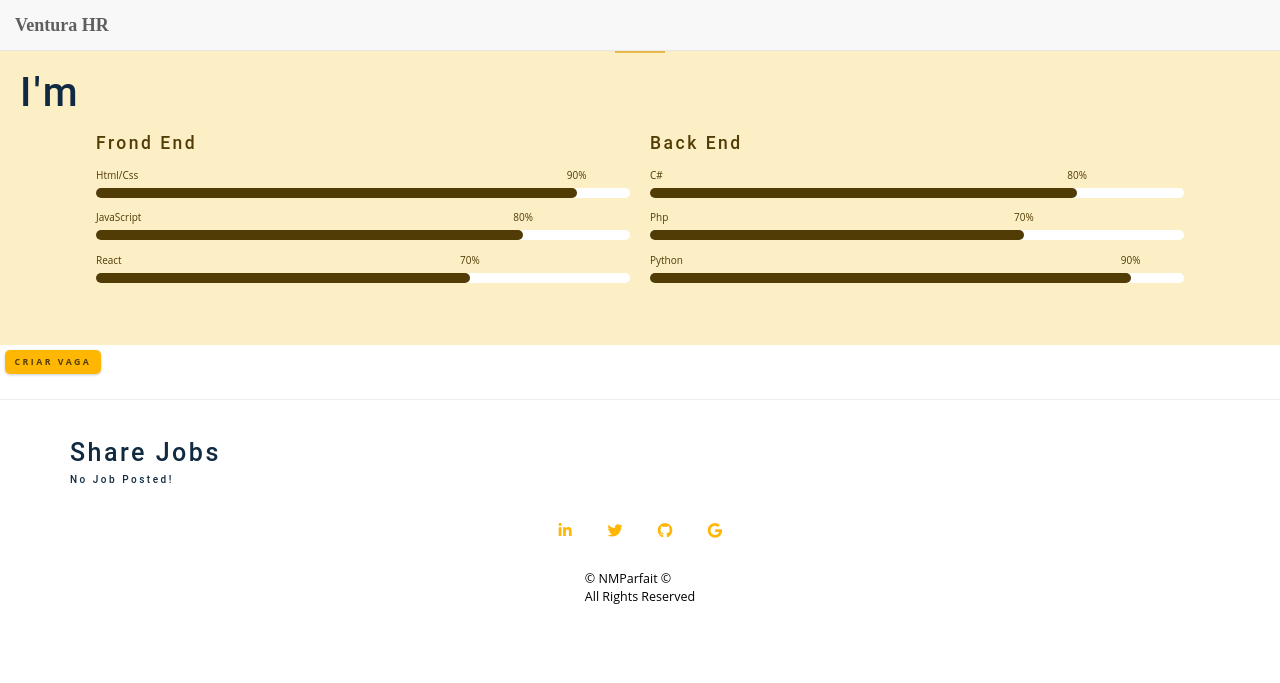
Repository: nmparfait/HumanResources-Ventura
Page: http://localhost/venturaWeb/WEB-INF/jsp/empresa/home.jsp
The author's editor kept a copy of each file at every save. The page is drawn from the files as they stood at one save, then again after the next save.
The browser window is 1280 px wide. The pictures show the whole page.
Some web fonts or font styles are not loaded; a fallback is used. Some web libraries are served in a nearby version. The page is served by Tomcat 9. Nobody is signed in. The template is opened directly, without the code that normally fills it, so the values that code supplies are empty.

Above is the page before, as saved 2021-09-27 22:33:45.

After the next save:
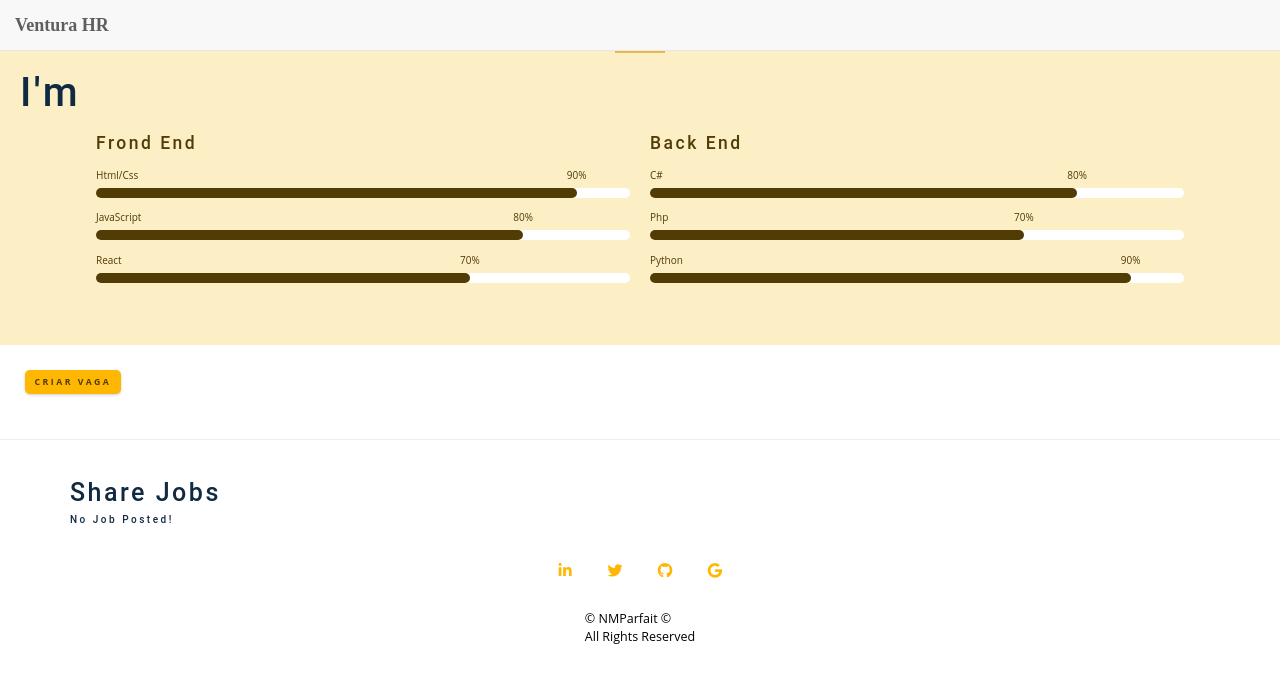
Saved 25 s later.
--- a/venturaWeb/src/main/webapp/css/empresa.css
+++ b/venturaWeb/src/main/webapp/css/empresa.css
@@ -79,6 +79,6 @@ Skills
 }
 
 .criarVaga {
-	margin: 5px;
+	margin: 25px;
 	text-align: center;
 }
